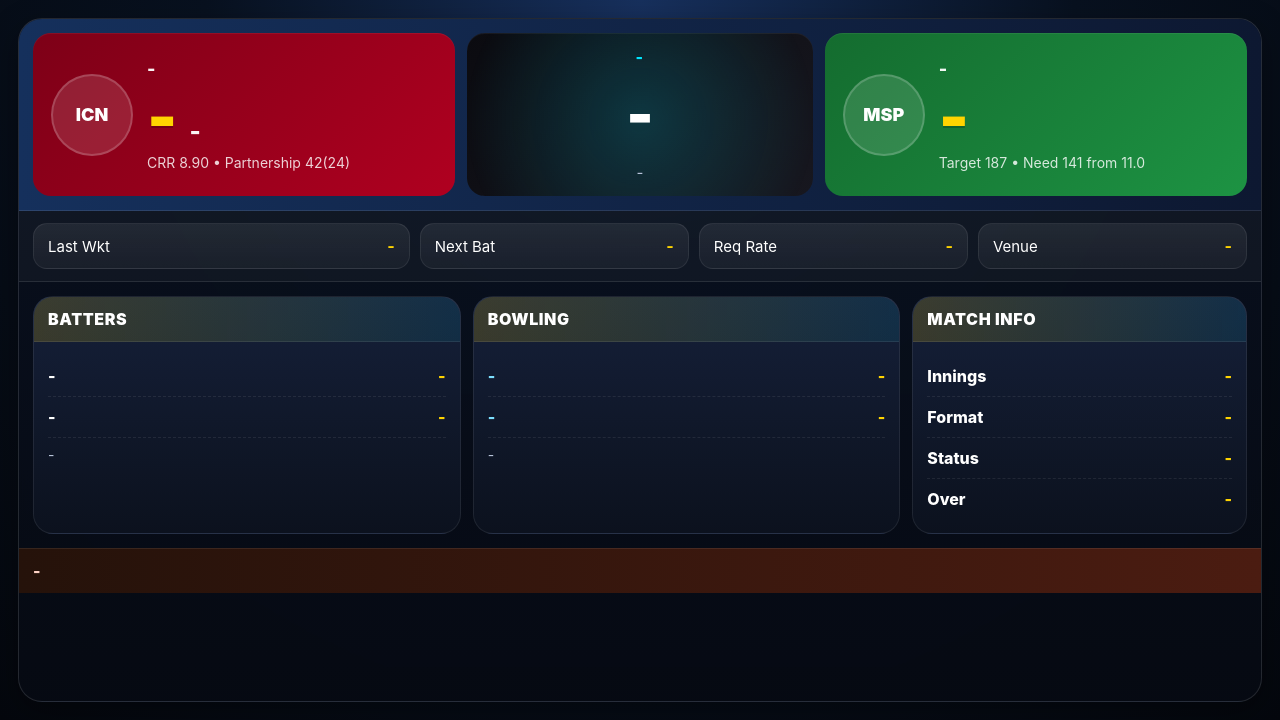
Repository: GauravMG/cricket-scorecard
Page: views/live-score/index.html
These files come from the project's save history. The page is drawn as it stood at one moment and after a run of saves; the edit follows.
The browser window is 1280 px wide. The pictures show the whole page.
The page's requests for data from a server got no answer.

Above is the page before, as saved 2026-03-31 14:15:59.

After the next 2 saves:
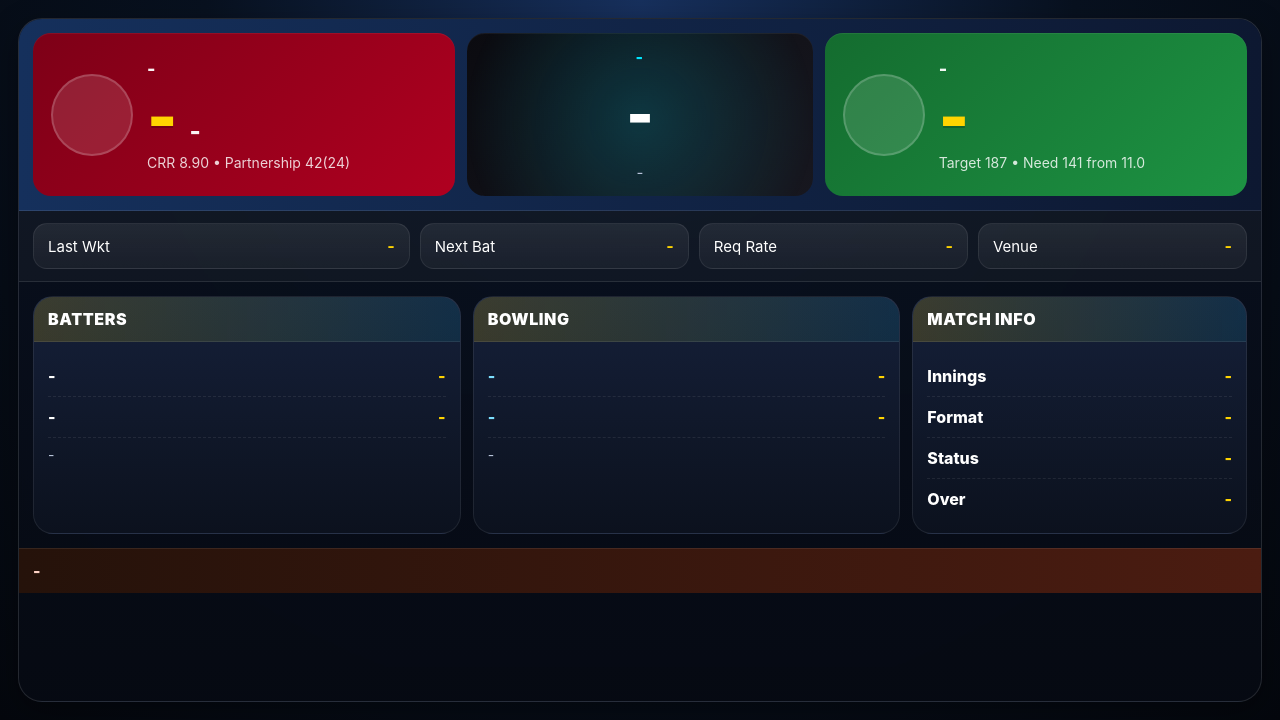
The 2 saves are shown as one change because they came seconds apart.
The last was saved 4 min 41 s later.
--- a/views/live-score/index.html
+++ b/views/live-score/index.html
@@ -14,7 +14,7 @@
     <div class="board">
       <div class="topbar">
         <div class="team home">
-          <div class="badge">ICN</div>
+          <div class="badge" id="badgeA"></div>
           <div class="teaminfo">
             <div class="teamname" id="teamA">India Captains</div>
             <div class="scoreline">
@@ -32,7 +32,7 @@
         </div>
 
         <div class="team away">
-          <div class="badge">MSP</div>
+          <div class="badge" id="badgeB"></div>
           <div class="teaminfo">
             <div class="teamname" id="teamB">Mumbai Spartans</div>
             <div class="scoreline">
